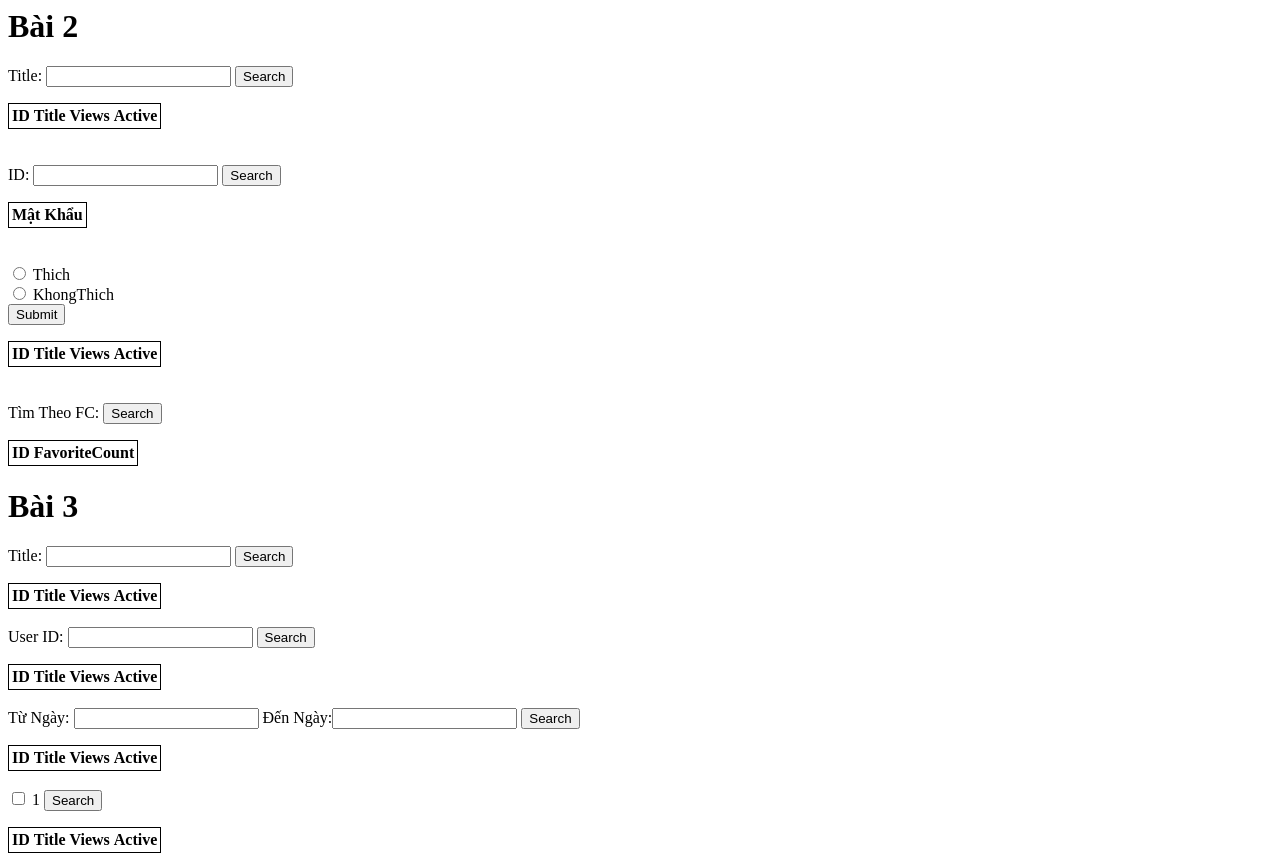
Repository: Hacorbie/Java-Servlet
Page: http://localhost/ASM_JV4/views/NewFile.jsp
An editor plug-in stored every save of this project. The page is shown before and after the next save, followed by the edit.
The browser window is 1280 px wide. The pictures show the whole page.
The page is served by Tomcat 9. Other server files are loaded and not shown. The template is opened directly, without the code that normally fills it, so the values that code supplies are empty.

Above is the page before, as saved 2023-04-05 08:35:22.

### ASM_JV4/src/main/webapp/views/NewFile.jsp
<%@ taglib uri="http://java.sun.com/jsp/jstl/core" prefix="c"%>
<%@ page language="java" contentType="text/html; charset=UTF-8"
	pageEncoding="UTF-8"%>
<html>
<meta charset="UTF-8">
<head>
<title>Search Videos</title>
</head>
<body>
	<h1>Bài 2</h1>
	<c:url var =  "url" value ="/Lab6"></c:url>
	<form action="${url}/SearchVid" method="POST">
		<label>Title:</label> <input type="text" name="searchvid">
		<button type="submit">Search</button>
	</form>
	<table style="border: 1px solid black">
		<thead>
			<tr>
				<th>ID</th>
				<th>Title</th>
				<th>Views</th>
				<th>Active</th>
			</tr>
		</thead>
		<tbody>
			<c:forEach items="${videos}" var="video">
				<tr>
					<td>${video.id}</td>
					<td>${video.title}</td>
					<td>${video.views}</td>
					<td>${video.active}</td>
				</tr>
			</c:forEach>
		</tbody>
	</table>
	<br>
	<br>
	<form action="${url}/SearchUser" method="POST">
		<label>ID:</label> <input type="text" name="searchUserByVid">
		<button type="submit">Search</button>

	</form>
	<table style="border: 1px solid black">
			<thead>
				<tr>
					<th>Mật Khẩu</th>

				</tr>
			</thead>
			<tbody>
				<c:forEach items="${users}" var="user">
					<tr>
						<td>${user.password}</td>
					</tr>
				</c:forEach>
			</tbody>
		</table>
		<br> <br>
	<form action="${url}/SearchVidByF" method="POST">
		<input type="radio" name ="thichh" value = "yes" >
			<label> Thich</label><br>
			<input type="radio" name ="thichh" value = "no">
			<label> KhongThich</label><br>
				<input type="submit" />
	</form>
			<table style="border: 1px solid black">
			<thead>
				<tr>
					<th>ID</th>
					<th>Title</th>
					<th>Views</th>
					<th>Active</th>

				</tr>
			</thead>
			<tbody>
				<c:forEach items="${videofs}" var="videof">
					<tr>
						<td>${videof.id}</td>
						<td>${videof.title}</td>
						<td>${videof.views}</td>
						<td>${videof.active}</td>
					</tr>
				</c:forEach>
			</tbody>
		</table>
		<br> <br>
	<form action="${url}/SearchVidByCount" method="POST">
	<label>Tìm Theo FC:</label>
		<button type="submit">Search</button>
	</form>

			<table style="border: 1px solid black">
			<thead>
				<tr>
					<th>ID</th>
					<th>FavoriteCount</th>

				</tr>
			</thead>
			<tbody>
				<c:forEach items="${rps}" var="rp">
					<tr>
						<td>${rp.groupp}</td>
					<td>${rp.likes}</td>
					</tr>
				</c:forEach>
			</tbody>
		</table>
		<h1>Bài 3</h1>
		<form action="${url}/SearchVid" method="POST">
		<label>Title:</label> <input type="text" name="searchvid">
		<button type="submit">Search</button>
	</form>
	<table style="border: 1px solid black">
		<thead>
			<tr>
				<th>ID</th>
				<th>Title</th>
				<th>Views</th>
				<th>Active</th>
			</tr>
		</thead>
		<tbody>
			<c:forEach items="${videoss}" var="videosss">
				<tr>
					<td>${videosss.id}</td>
					<td>${videosss.title}</td>
					<td>${videosss.views}</td>
					<td>${videosss.active}</td>
				</tr>
			</c:forEach>
		</tbody>
	</table>
	<br>
	<form action="${url}/SearchVidByU" method="POST">
		<label>User ID:</label> <input type="text" name="searchvivi">
		<button type="submit">Search</button>
	</form>
	<table style="border: 1px solid black">
		<thead>
			<tr>
				<th>ID</th>
				<th>Title</th>
				<th>Views</th>
				<th>Active</th>
			</tr>
		</thead>
		<tbody>
			<c:forEach items="${vivis}" var="vivi">
				<tr>
					<td>${vivi.id}</td>
					<td>${vivi.title}</td>
					<td>${vivi.views}</td>
					<td>${vivi.active}</td>
				</tr>
			</c:forEach>
		</tbody>
	</table>
	<br>
	<form action="${url}/SearchVidByM" method="POST">
		<label>Từ Ngày:</label> <input type="text" name="searchvimf"> <label>Đến Ngày:</label><input type="text" name="searchvimt">
		<button type="submit">Search</button>
	</form>
	<table style="border: 1px solid black">
		<thead>
			<tr>
				<th>ID</th>
				<th>Title</th>
				<th>Views</th>
				<th>Active</th>
			</tr>
		</thead>
		<tbody>
			<c:forEach items="${vivims}" var="vivim">
				<tr>
					<td>${vivim.id}</td>
					<td>${vivim.title}</td>
					<td>${vivim.views}</td>
					<td>${vivim.active}</td>
				</tr>
			</c:forEach>
		</tbody>
	</table>
	<br>
	<form action="${url}/SearchVidByIM" method="POST">
		<input type="checkbox" name ="month" value = "1" >
		<label> 1</label>
		<button type="submit">Search</button>
	</form>
	<table style="border: 1px solid black">
		<thead>
			<tr>
				<th>ID</th>
				<th>Title</th>
				<th>Views</th>
				<th>Active</th>
			</tr>
		</thead>
		<tbody>
			<c:forEach items="${vivims}" var="vivim">
				<tr>
					<td>${vivim.id}</td>
					<td>${vivim.title}</td>
					<td>${vivim.views}</td>
					<td>${vivim.active}</td>
				</tr>
			</c:forEach>
		</tbody>
	</table>
</body>
</html>

After the next save:
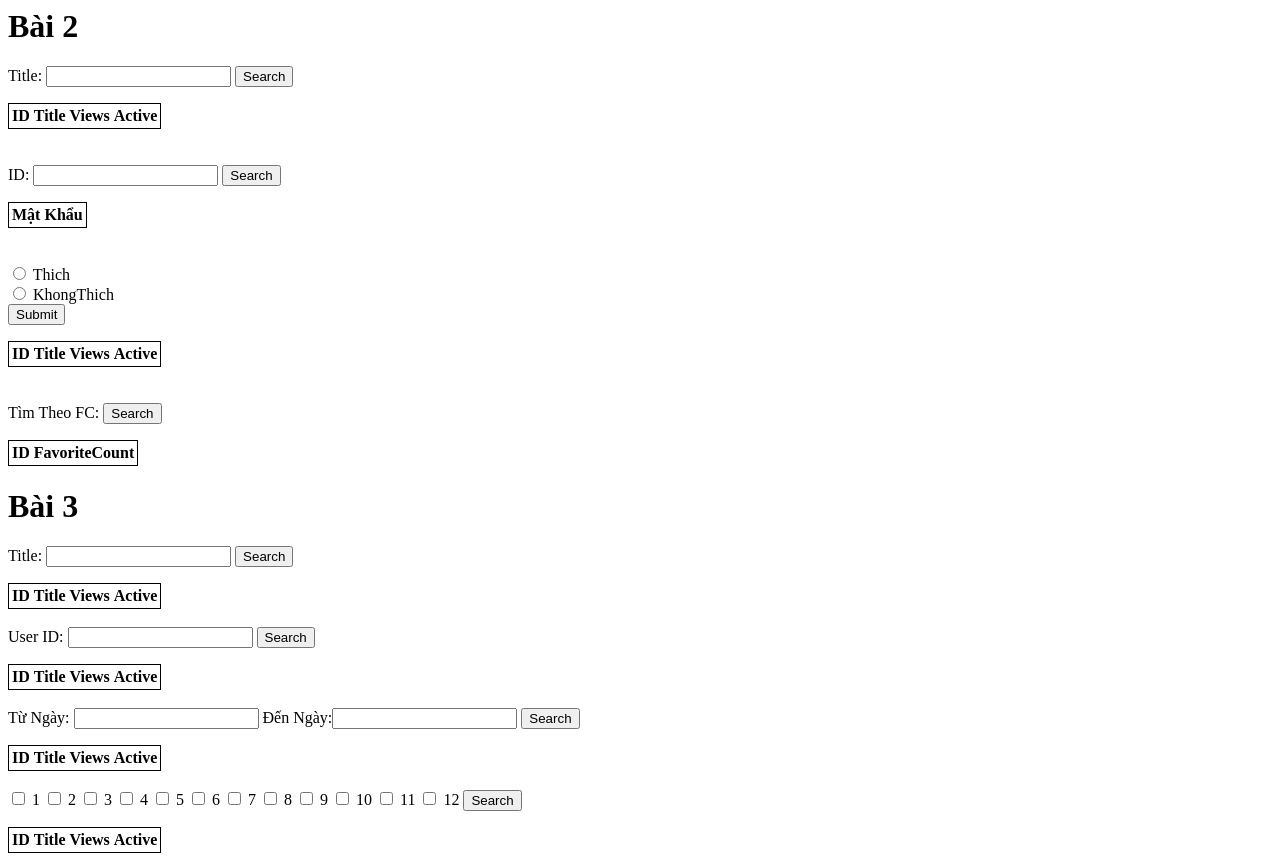
Saved 52 s later.
--- a/ASM_JV4/src/main/webapp/views/NewFile.jsp
+++ b/ASM_JV4/src/main/webapp/views/NewFile.jsp
@@ -186,6 +186,28 @@
 	<form action="${url}/SearchVidByIM" method="POST">
 		<input type="checkbox" name ="month" value = "1" >
 		<label> 1</label>
+		<input type="checkbox" name ="month" value = "2" >
+		<label> 2</label>
+		<input type="checkbox" name ="month" value = "3" >
+		<label> 3</label>
+		<input type="checkbox" name ="month" value = "4" >
+		<label> 4</label>
+		<input type="checkbox" name ="month" value = "5" >
+		<label> 5</label>
+		<input type="checkbox" name ="month" value = "6" >
+		<label> 6</label>
+		<input type="checkbox" name ="month" value = "7" >
+		<label> 7</label>
+		<input type="checkbox" name ="month" value = "8" >
+		<label> 8</label>
+		<input type="checkbox" name ="month" value = "9" >
+		<label> 9</label>
+		<input type="checkbox" name ="month" value = "10" >
+		<label> 10</label>
+		<input type="checkbox" name ="month" value = "11" >
+		<label> 11</label>
+		<input type="checkbox" name ="month" value = "12" >
+		<label> 12</label>
 		<button type="submit">Search</button>
 	</form>
 	<table style="border: 1px solid black">
